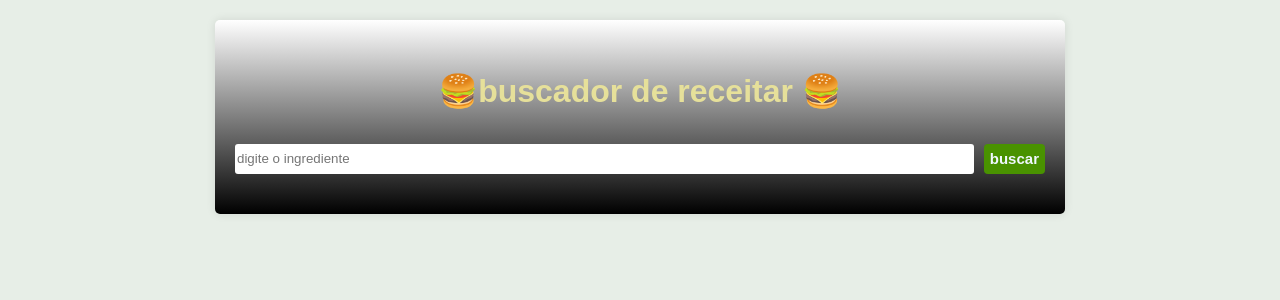
Repository: RoneT9/Receitas
Page: receita.html
The author's editor kept a copy of each file at every save. The page is drawn from the files as they stood at one save, then again after the next save.
The browser window is 1280 px wide. The pictures show the whole page.

Above is the page before, as saved 2026-02-08 16:55:06.

After the next save:
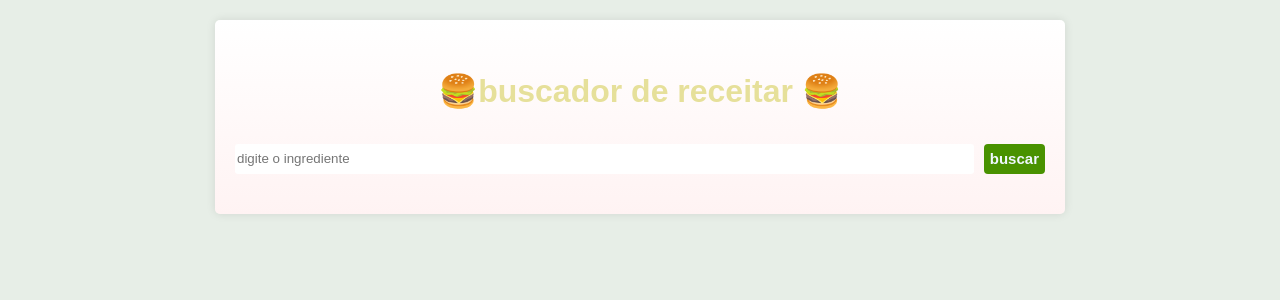
Saved 46 s later.
--- a/receita.css
+++ b/receita.css
@@ -7,7 +7,7 @@ body {
 }
 
 .container {
-  background: linear-gradient(to top, black, white);
+  background: linear-gradient(to top, rgb(255, 243, 243), white);
   max-width: 810px;
   margin: 0 auto;
   padding: 20px;
